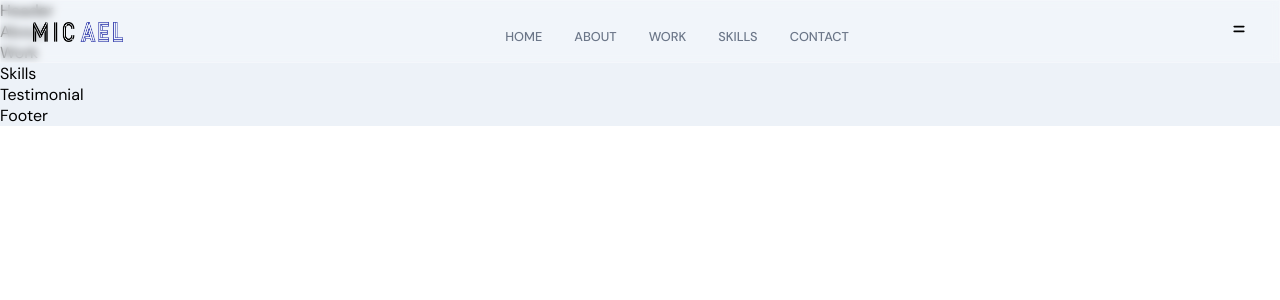
Repository: 61ZM07H36R3ML1N/Portfolio-JS
Page: / (app in frontend_react/)
The author's editor kept a copy of each file at every save. The page is drawn from the files as they stood at one save, then again after the next save.
The browser window is 1280 px wide. The pictures show the whole page.
The project was rebuilt for these pictures with package versions that can differ from the ones it lists, and the page was loaded fresh each time. Also part of the build but not shown: frontend_react/src/container/About/About.scss, frontend_react/src/container/Header/Header.scss, frontend_react/src/container/Skills/Skills.scss, frontend_react/src/container/Work/Work.scss.

Above is the page before, as saved 2022-10-10 20:04:21.

### frontend_react/src/App.js
import React from 'react';

import {
  About,
  Footer,
  Header,
  Skills,
  Testimonial,
  Work,
} from './container';
import { Navbar } from './components';
import './App.scss';

const App = () => {
  return (
    <div className="app">
      <Navbar />
      <Header />
      <About />
      <Work />
      <Skills />
      <Testimonial />
      <Footer />
    </div>
  );
};

export default App;

### frontend_react/src/index.css
@import url("https://fonts.googleapis.com/css2?family=DM+Sans:wght@400;500;700&display=swap");

:root {
    --font-base: "DM Sans", sans-serif;

    --primary-color: #edf2f8;
    --secondary-color: #313bac;
    --black-color: #030303;
    --lightGray-color: #e4e4e4;
    --gray-color: #6b7688;
    --brown-color: #46364a;
    --white-color: #ffffff;

}

*{
    box-sizing: border-box;
    padding: 0;
    margin: 0;
    scroll-behavior: smooth;
}

### frontend_react/src/App.scss
.app {
    background-color: var(--primary-color);
    font-family: var(--font-base);
  }

  .app__whitebg {
    background-color: var(--white-color);
  }

  .app__primarybg {
    background-color: var(--primary-color);
  }

  .app__container {
    width: 100%;
    min-height: 100vh;

    display: flex;
    flex-direction: row;
  }

  .app__flex {
    display: flex;
    justify-content: center;
    align-items: center;
  }

  .app__wrapper {
    flex: 1;
    width: 100%;
    flex-direction: column;
    padding: 4rem 2rem;

    @media screen and (max-width: 450px) {
      padding: 4rem 1rem 2rem;
    }
  }

  .copyright {
    width: 100%;
    padding: 2rem 0 0;

    display: flex;
    flex-direction: column;
    justify-content: flex-end;
    align-items: flex-end;

    p {
      text-transform: uppercase;
      color: var(--black-color);
    }
  }

  .head-text {
    font-size: 2.75rem;
    font-weight: 800;
    text-align: center;
    color: var(--black-color);
    text-transform: capitalize;

    span {
      color: var(--secondary-color);
    }

    @media screen and (min-width: 2000px) {
      font-size: 4rem;
    }

    @media screen and (max-width: 450px) {
      font-size: 2rem;
    }
  }

  .p-text {
    font-size: 0.8rem;
    text-align: left;
    color: var(--gray-color);
    line-height: 1.5;

    @media screen and (min-width: 2000px) {
      font-size: 1.75rem;
    }
  }

  .bold-text {
    font-size: 1rem;
    font-weight: 800;
    color: var(--black-color);
    text-align: left;

    @media screen and (min-width: 2000px) {
      font-size: 2rem;
    }

    @media screen and (max-width: 450px) {
      font-size: 0.9rem;
    }
  }

  .app__social {
    display: flex;
    justify-content: flex-end;
    align-items: center;
    flex-direction: column;

    padding: 1rem;

    div {
      width: 40px;
      height: 40px;
      border-radius: 50%;
      background-color: var(--white-color);
      margin: 0.25rem 0;
      border: 1px solid var(--lightGray-color);

      display: flex;
      justify-content: center;
      align-items: center;

      transition: all 0.3s ease-in-out;

      svg {
        width: 15px;
        height: 15px;
        color: var(--gray-color);
      }

      &:hover {
        background-color: var(--secondary-color);
        border-color: var(--secondary-color);

        svg {
          color: var(--white-color);
        }
      }

      @media screen and (min-width: 2000px) {
        width: 70px;
        height: 70px;

        margin: 0.5rem 0;

        svg {
          width: 30px;
          height: 30px;
        }
      }
    }
  }

  .app__navigation {
    display: flex;
    justify-content: center;
    align-items: center;
    flex-direction: column;

    padding: 1rem;

    .app__navigation-dot {
      width: 10px;
      height: 10px;
      border-radius: 50%;
      background-color: #cbcbcb;
      margin: 0.5rem;

      transition: background-color 0.2s ease-in-out;

      &:hover {
        background-color: var(--secondary-color);
      }

      @media screen and (min-width: 2000px) {
        width: 20px;
        height: 20px;
      }
    }
  }

  @media screen and (max-width: 500px) {
    .app__navigation,
    .app__social {
      display: none;
    }

    .copyright {
      padding: 2rem;
    }
  }

### frontend_react/src/container/About/About.jsx
import React from 'react';

import './About.scss';

const About = () => {
  return <div>About</div>;
};

export default About;

### frontend_react/src/container/Footer/Footer.jsx
import React from 'react';

import './Footer.scss';

const Footer = () => {
  return <div>Footer</div>;
};

export default Footer;

### frontend_react/src/container/Header/Header.jsx
import React from 'react';

import './Header.scss';

const Header = () => {
  return <div>Header</div>;
};

export default Header;

### frontend_react/src/container/Skills/Skills.jsx
import React from 'react';

import './Skills.scss';

const Skills = () => {
  return <div>Skills</div>;
};

export default Skills;

### frontend_react/src/container/Testimonial/Testimonial.jsx
import React from 'react';

import './Testimonial.scss';

const Testimonial = () => {
  return <div>Testimonial</div>;
};

export default Testimonial;

### frontend_react/src/container/Work/Work.jsx
import React from 'react';

import './Work.scss';

const Work = () => {
  return <div>Work</div>;
};

export default Work;

### frontend_react/src/components/Navbar/Navbar.jsx
import React, { useState } from 'react';
import { HiMenuAlt4, HiX } from 'react-icons/hi';
import { motion } from 'framer-motion';

import { images } from '../../constants';
import './Navbar.scss';

const Navbar = () => {
  const [toggle, setToggle] = useState(false);

  return (
    <nav className="app__navbar">
      <div className="app__navbar-logo">
        <img src={images.logo} alt="logo" />
      </div>
      <ul className="app__navbar-links">
        {['home', 'about', 'work', 'skills', 'contact'].map(item => (
          <li className="app__flex p-text" key={'link-${item}'}>
            <div />
            <a href={'#${item}'}>{item}</a>
          </li>
        ))}
      </ul>

      <div className="app_navbar-menu">
        <HiMenuAlt4 onClick={() => setToggle(true)} />

        {toggle && (
          <motion.div
            whileInView={{ x: [300, 0] }}
            transition={{ duration: 0.85, ease: 'easeOut' }}
          >
            <HiX onClick={() => setToggle(false)} />
            <ul>
              {['home', 'about', 'work', 'skills', 'contact'].map(item => (
                <li key={item}>
                  <a href={`#${item}`} onClick={() => setToggle(false)}>
                    {item}
                  </a>
                </li>
              ))}
            </ul>
          </motion.div>
        )}
      </div>
    </nav>
  );
};

export default Navbar;

### frontend_react/src/components/Navbar/Navbar.scss
.app__navbar {
    width: 100%;

    display: flex;
    justify-content: space-between;
    align-items: center;

    padding: 1rem 2rem;
    background: rgba(255, 255, 255, 0.25);
    // box-shadow: 0 8px 32px 0 rgba( 31, 38, 135, 0.37 );
    backdrop-filter: blur(4px);
    -webkit-backdrop-filter: blur(4px);
    border: 1px solid rgba(255, 255, 255, 0.18);
    position: fixed;
    z-index: 2;
  }

  .app__navbar-logo {
    display: flex;
    justify-content: flex-start;
    align-items: center;

    img {
      width: 90px;
      height: 20px;

      @media screen and (min-width: 2000px) {
        width: 180px;
        height: 40px;
      }
    }
  }

  .app__navbar-links {
    flex: 1;
    display: flex;
    justify-content: center;
    align-items: center;

    list-style: none;

    li {
      margin: 0 1rem;
      cursor: pointer;

      flex-direction: column;

      div {
        width: 5px;
        height: 5px;
        background: transparent;
        border-radius: 50%;

        margin-bottom: 5px;
      }

      a {
        color: var(--gray-color);
        text-decoration: none;
        flex-direction: column;

        text-transform: uppercase;
        font-weight: 500;

        transition: all 0.3s ease-in-out;

        &:hover {
          color: var(--secondary-color);
        }
      }

      &:hover {
        div {
          background: var(--secondary-color);
        }
      }
    }

    @media screen and (max-width: 900px) {
      display: none;
    }
  }

  .app__navbar-menu {
    width: 35px;
    height: 35px;
    border-radius: 50%;
    position: relative;

    display: flex;
    justify-content: center;
    align-items: center;
    background-color: var(--secondary-color);


    svg {
      width: 70%;
      height: 70%;
      color: var(--white-color);
    }

    div {
      position: fixed;
      top: 0;
      bottom: 0;
      right: 0;
      z-index: 5;

      padding: 1rem;

      width: 80%;
      height: 100vh;

      display: flex;
      justify-content: flex-end;
      align-items: flex-end;
      flex-direction: column;

      background: url('../../assets/bgWhite.png');
      background-color: var(--white-color);
      background-size: cover;
      background-repeat: repeat;

      /* top box shadow */
      box-shadow: 0px 0px 20px rgba(168, 168, 168, 0.15);

      svg {
        width: 35px;
        height: 35px;
        color: var(--secondary-color);
        margin: 0.5rem 1rem;
      }

      ul {
        list-style: none;
        margin: 0;
        padding: 0;
        height: 100%;
        width: 100%;

        display: flex;
        justify-content: flex-start;
        align-items: flex-start;
        flex-direction: column;

        li {
          margin: 1rem;

          a {
            color: var(--gray-color);
            text-decoration: none;
            font-size: 1rem;
            text-transform: uppercase;
            font-weight: 500;

            transition: all 0.3s ease-in-out;

            &:hover {
              color: var(--secondary-color);
            }
          }
        }
      }

      @media screen and (min-width: 900px) {
        display: none;
      }
    }

    @media screen and (min-width: 900px) {
      display: none;
    }
  }

### frontend_react/src/constants/images.js
import email from '../assets/email.png';
import mobile from '../assets/mobile.png';
import api from '../assets/api.png';
import cpp from '../assets/cpp.png';
import css from '../assets/css.png';
import figma from '../assets/figma.png';
import flutter from '../assets/flutter.png';
import git from '../assets/git.png';
import graphql from '../assets/graphql.png';
import html from '../assets/html.png';
import javascript from '../assets/javascript.png';
import mu5 from '../assets/mu5.png';
import node from '../assets/node.png';
import python from '../assets/python.png';
import react from '../assets/react.png';
import redux from '../assets/redux.png';
import sass from '../assets/sass.png';
import typescript from '../assets/typescript.png';
import vue from '../assets/vue.png';

import about01 from '../assets/about01.png';
import about02 from '../assets/about02.png';
import about03 from '../assets/about03.png';
import about04 from '../assets/about04.png';

import profile from '../assets/profile.png';
import circle from '../assets/circle.svg';
import logo from '../assets/logo.png';

import adidas from '../assets/adidas.png';
import amazon from '../assets/amazon.png';
import asus from '../assets/asus.png';
import bolt from '../assets/bolt.png';
import nb from '../assets/nb.png';
import skype from '../assets/skype.png';
import spotify from '../assets/spotify.png';

export default {
  email,
  mobile,
  api,
  cpp,
  css,
  figma,
  flutter,
  git,
  graphql,
  html,
  javascript,
  mu5,
  node,
  python,
  react,
  redux,
  sass,
  typescript,
  vue,
  about01,
  about02,
  about03,
  about04,
  profile,
  circle,
  logo,
  adidas,
  amazon,
  asus,
  bolt,
  nb,
  skype,
  spotify,
};

Loaded but not shown: frontend_react/public/index.html (common file); frontend_react/src/index.js (common file); frontend_react/src/container/index.js (common file); frontend_react/src/components/index.js (common file); frontend_react/src/constants/index.js (common file); frontend_react/src/container/Footer/Footer.scss (no stored copy; drawn as an empty file); frontend_react/src/container/Testimonial/Testimonial.scss (no stored copy; drawn as an empty file)

After the next save:
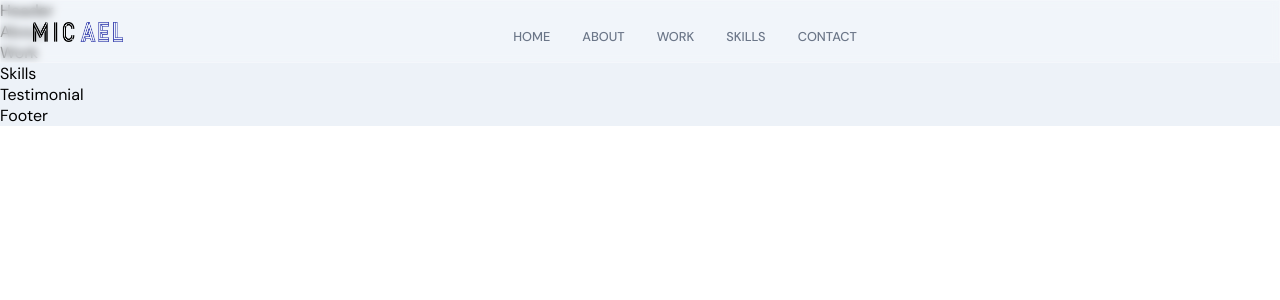
Saved 7 min 4 s later.
--- a/frontend_react/src/components/Navbar/Navbar.jsx
+++ b/frontend_react/src/components/Navbar/Navbar.jsx
@@ -15,14 +15,14 @@
       </div>
       <ul className="app__navbar-links">
         {['home', 'about', 'work', 'skills', 'contact'].map(item => (
-          <li className="app__flex p-text" key={'link-${item}'}>
+          <li className="app__flex p-text" key={`link-${item}`}>
             <div />
-            <a href={'#${item}'}>{item}</a>
+            <a href={`#${item}`}>{item}</a>
           </li>
         ))}
       </ul>
 
-      <div className="app_navbar-menu">
+      <div className="app__navbar-menu">
         <HiMenuAlt4 onClick={() => setToggle(true)} />
 
         {toggle && (
